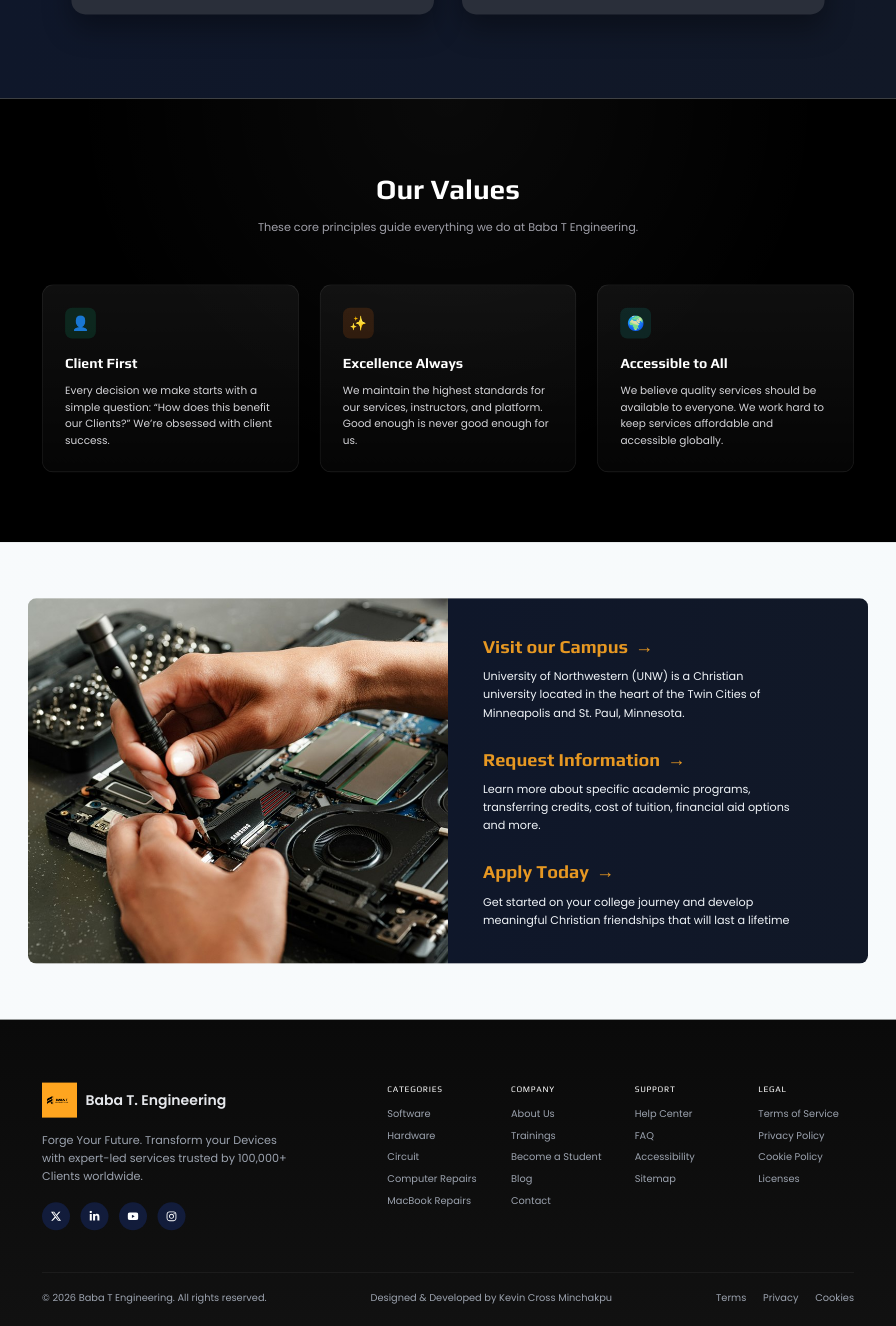
Repository: KC-Minchakpu/babatunde
Page: /about
These files come from the project's save history. The page is drawn as it stood at one moment and after the next save; the edit follows.
The browser window is 1280 px wide. The pictures show the part of the page from y = 1682 to 3602 px (the page is 3576 px tall before and 3602 px after), at 70% of full size.
The project was rebuilt for these pictures with package versions that can differ from the ones it lists, and the page was loaded fresh each time. The framework's server and built-in components were replaced by stand-ins that run in the browser. Also part of the build but not shown: next.config.ts.

Above is the page before, as saved 2026-02-21 10:47:18.

After the next save:
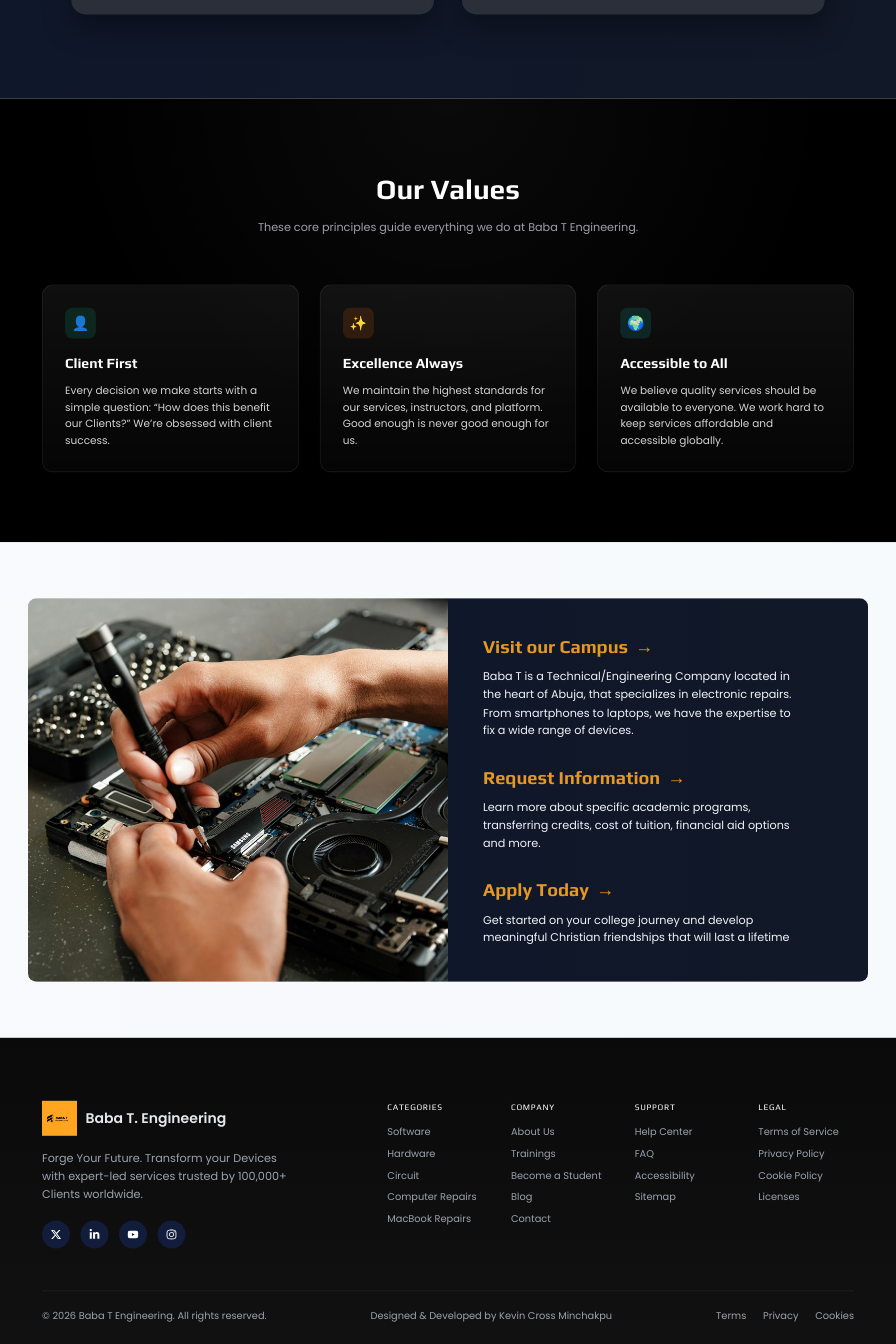
Saved 22 min 42 s later.
--- a/src/components/About/CallToAction.tsx
+++ b/src/components/About/CallToAction.tsx
@@ -28,9 +28,9 @@ export default function CallToAction() {
             </h3>
 
             <p>
-              University of Northwestern (UNW) is a Christian university located
-              in the heart of the Twin Cities of Minneapolis and St. Paul,
-              Minnesota.
+              Baba T is a Technical/Engineering Company located
+              in the heart of Abuja, that specializes in electronic repairs. From smartphones
+              to laptops, we have the expertise to fix a wide range of devices.
             </p>
           </div>
 
